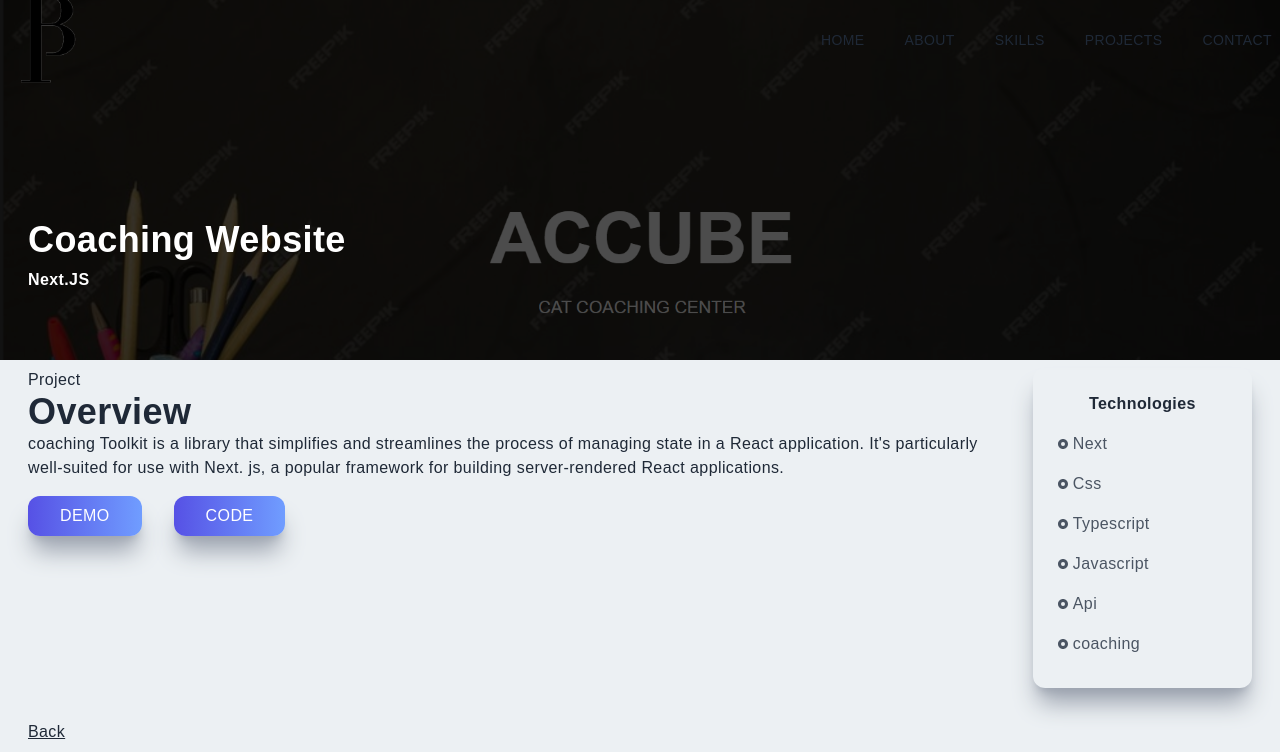
Repository: bittu-Patel/portfolio-resume-next-js
Page: /coaching
These files come from the project's save history. The page is drawn as it stood at one moment and after the next save; the edit follows.
The browser window is 1280 px wide. The pictures show the whole page.
The project was rebuilt for these pictures with package versions that can differ from the ones it lists, and the page was loaded fresh each time. The framework's server and built-in components were replaced by stand-ins that run in the browser. Also part of the build but not shown: next.config.js.

Above is the page before, as saved 2023-09-26 14:40:57.

### pages/_app.js

import Navbar from '@/components/Navbar'
import '../styles/globals.css'

 function App({ Component, pageProps }) {
  return(
    <>
    <Navbar />
     <Component {...pageProps} />
     </>
  )
}


export default App

### pages/coaching.jsx
import React from 'react'
import coachingImg from '../public/assets/skills/coaching.png';
import Image from 'next/image'
import { RiRadioButtonFill } from 'react-icons/ri'
import Link from 'next/link'

const coaching = () => {
  return (
    <div className='w-full'>
      <div className='w-screen h-[50vh] relative'>
<div className='absolute top-0 left-0 w-full h-[50vh] bg-black/70 z-10' />
  <Image
          className='absolute z-1'
          layout='fill'
          objectFit='cover'
          src={coachingImg}
          alt='/'
        />
  <div className='absolute top-[70%] max-w-[1240px] w-full left-[50%] right-[50%] translate-x-[-50%] translate-y-[-50%] text-white z-10 p-2'>
    <h2 className='py-2'>Coaching Website</h2>
    <h3>Next.JS</h3>
  </div>
</div>
<div className='max-w-[1240px] mx-auto p-2 grid md:grid-cols-5 gap-8 '>
<div className='col-span-4'>
<p>Project</p>
<h2>Overview</h2>
<p>coaching Toolkit is a library that simplifies and streamlines the process of managing state in a React application.
   It&#39;s particularly well-suited for use with Next.
   js, a popular framework for building server-rendered React applications.
   </p>
   <button className='px-8 py-2 mt-4 mr-8'>Demo</button>
   <button className='px-8 py-2 mt-4 '>Code</button>
   </div>
   <div className='col-span-4 md:col-span-1 shadow-xl shadow-gray-400 rounded-xl p-4'>
    <div className='p-2'>
   <p className='text-center font-bold pb-2'>Technologies</p>
   <div className='grid grid-cols-3 md:grid-cols-1'>
    <p className='text-gray-600 py-2 flex items-center'><RiRadioButtonFill className='pr-1' />Next</p>
    <p className='text-gray-600 py-2 flex items-center'><RiRadioButtonFill className='pr-1' />Css</p>
    <p className='text-gray-600 py-2 flex items-center'><RiRadioButtonFill className='pr-1' />Typescript</p>
    <p className='text-gray-600 py-2 flex items-center'><RiRadioButtonFill className='pr-1' />Javascript</p>
    <p className='text-gray-600 py-2 flex items-center'><RiRadioButtonFill className='pr-1' />Api</p>
    <p className='text-gray-600 py-2 flex items-center'><RiRadioButtonFill className='pr-1' />coaching</p>
   </div>
    </div>
   </div>
   <Link href='/#projects'>
 <p className='underline cursor-pointer'>Back</p>
   </Link>
</div>
    </div>
  )
}

export default coaching

### components/Navbar.jsx
import Image from 'next/image'
import React, { useState, useEffect } from 'react'
import { FaGithub, FaLinkedinIn } from 'react-icons/fa';
import { BsFillPersonLinesFill } from 'react-icons/bs';
import Link from 'next/link'
import { AiOutlineClose, AiOutlineMenu ,AiOutlineMail } from 'react-icons/ai'

const Navbar = () => {
    const [nav, setNav] = useState(false)
   const [shadow, setShadow] = useState(false)
    const handleNav = () => {
        setNav(!nav)
    }

    useEffect(()=> {
const handleShadow = () => {
    if (window.scrollY >= 90) {
        setShadow(true)

    } else {
   setShadow(false)
    }
}
window.addEventListener('scroll', handleShadow);
    },[])


  return (
    <div
      style={{ backgroundColor: `${nav}` }}
      className={
        shadow
          ? 'fixed w-full h-20 shadow-xl z-[100] ease-in-out duration-300'
          : 'fixed w-full h-20 z-[100]'
      }
    >
<div className='flex justify-between items-center w-full h-full px-2 2xl:px-16'>
    <Link href='/'>

    <Image
     src="/../assets/navLogo.png"
      alt="/"
       width='80'
       height='20'
       />
      </Link>
<div>
    <ul className='hidden md:flex'>
        <Link href='/'>
            <li className='ml-10 text-sm uppercase hover:border-b'>Home</li>
        </Link>
        <Link href='/#about'>
            <li className='ml-10 text-sm uppercase hover:border-b'>About</li>
        </Link>
        <Link href='/#skills'>
            <li className='ml-10 text-sm uppercase hover:border-b'>Skills</li>
        </Link>
        <Link href='/#projects'>
            <li className='ml-10 text-sm uppercase hover:border-b'>Projects</li>
        </Link>
        <Link href='/#contact'>
            <li className='ml-10 text-sm uppercase hover:border-b'>Contact</li>
        </Link>
    </ul>
    <div onClick={handleNav} className='md:hidden'>
    <AiOutlineMenu />
    </div>
</div>
</div>
<div className={nav ? 'md:hidden fixed left-0 top-0 w-full h-screen bg-black/70' : ''}>
<div
          className={
            nav
              ? ' fixed left-0 top-0 w-[75%] sm:w-[60%] md:w-[45%] h-screen bg-[#ecf0f3] p-10 ease-in duration-500'
              : 'fixed left-[-100%] top-0 p-10 ease-in duration-500'
          }
        >
 <div >
    <div className='flex w-full items-center justify-between'>
        <Link href='/'>
<Image
 src="/../assets/navLogo.png"
  width='80'
   height='30'
    alt='/'
    />
</Link>
<div onClick={handleNav} className='rounded-full shadow-lg shadow-gray-400 p-3 cursor-pointer'>
<AiOutlineClose />
</div>
    </div>
    <div onClick={handleNav} className='border-b border-gray-300 my-4'>
        <p className='w-[85%] md:w-[90%] py-4'>Let&apos;S build something together </p>
    </div>
 </div>
 <div className='py-2 flex flex-col'>
    <ul className='uppercase'>
        <Link href='/'>
            <li onClick={()=> setNav(false)} className='py-4 text-sm'>Home</li>
        </Link>
        <Link href='/#about'>
            <li onClick={()=> setNav(false)} className='py-4 text-sm'>About</li>
        </Link>
        <Link href='/#skills'>
            <li onClick={()=> setNav(false)} className='py-4 text-sm'>Skills</li>
        </Link>
        <Link href='/#projects'>
            <li onClick={()=> setNav(false)} className='py-4 text-sm'>Projects</li>
        </Link>
        <Link href='/#contact'>
            <li onClick={()=> setNav(false)} className='py-4 text-sm'>Contact</li>
        </Link>
    </ul>
    <div className='pt-40'>
 <p className='uppercase tracking-widest text-[#5651e5]'>
    Let&apos;S Connect
    </p>
    <div className='flex items-center justify-between my-4 w-full sm:w-[80%]'>
 <div className='rounded-full shadow-lg shadow-gray-400 p-3 cursor-pointer hover:scale-105 ease-in duration-300'>
 <FaLinkedinIn />
 </div>
 <div className='rounded-full shadow-lg shadow-gray-400 p-3 cursor-pointer hover:scale-105 ease-in duration-300'>
 <FaGithub />
 </div>
 <div className='rounded-full shadow-lg shadow-gray-400 p-3 cursor-pointer hover:scale-105 ease-in duration-300'>
 <AiOutlineMail />
 </div>
 <div className='rounded-full shadow-lg shadow-gray-400 p-3 cursor-pointer hover:scale-105 ease-in duration-300'>
 <BsFillPersonLinesFill />
 </div>
</div>
    </div>
 </div>
    </div>
</div>
    </div>
  )
}

export default Navbar

Loaded but not shown: pages/_document.tsx (common file); styles/globals.css (common file); tailwind.config.ts (common file)

After the next save:
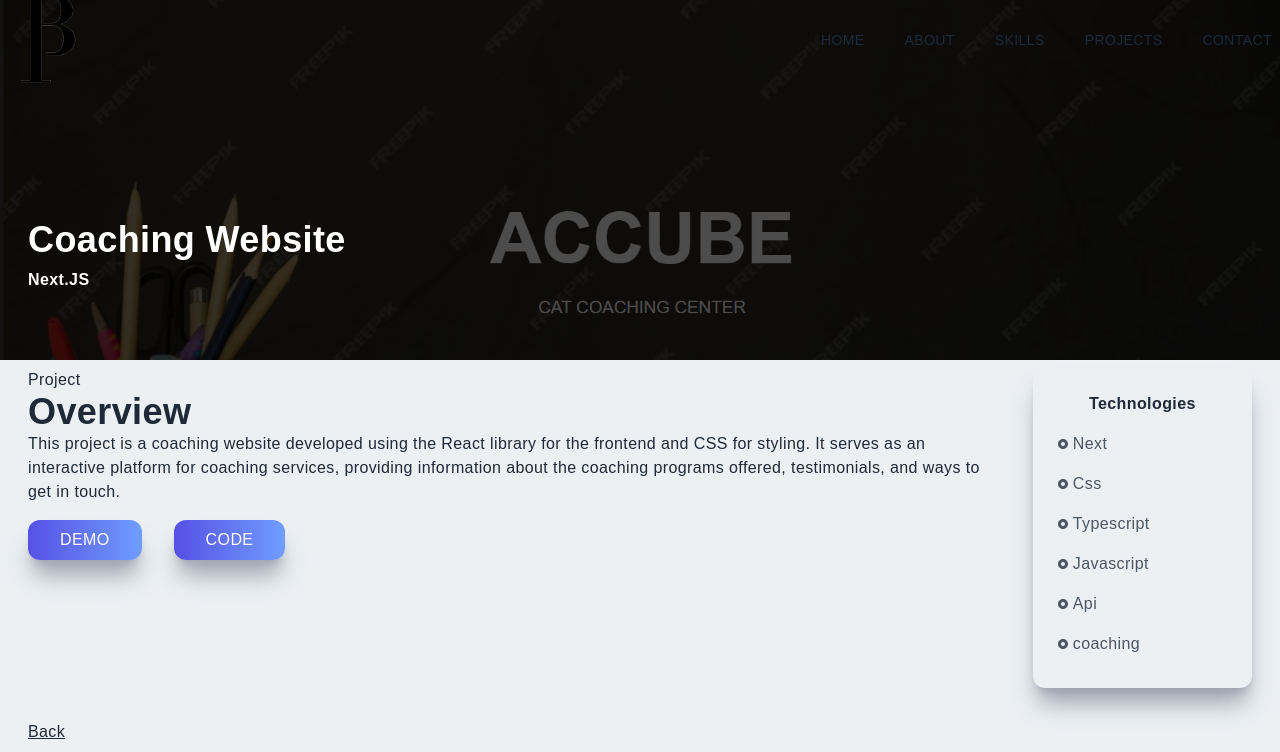
Saved 3 min 26 s later.
--- a/pages/coaching.jsx
+++ b/pages/coaching.jsx
@@ -25,9 +25,7 @@ const coaching = () => {
 <div className='col-span-4'>
 <p>Project</p>
 <h2>Overview</h2>
-<p>coaching Toolkit is a library that simplifies and streamlines the process of managing state in a React application.
-   It&#39;s particularly well-suited for use with Next.
-   js, a popular framework for building server-rendered React applications.
+<p>This project is a coaching website developed using the React library for the frontend and CSS for styling. It serves as an interactive platform for coaching services, providing information about the coaching programs offered, testimonials, and ways to get in touch.
    </p>
    <button className='px-8 py-2 mt-4 mr-8'>Demo</button>
    <button className='px-8 py-2 mt-4 '>Code</button>
